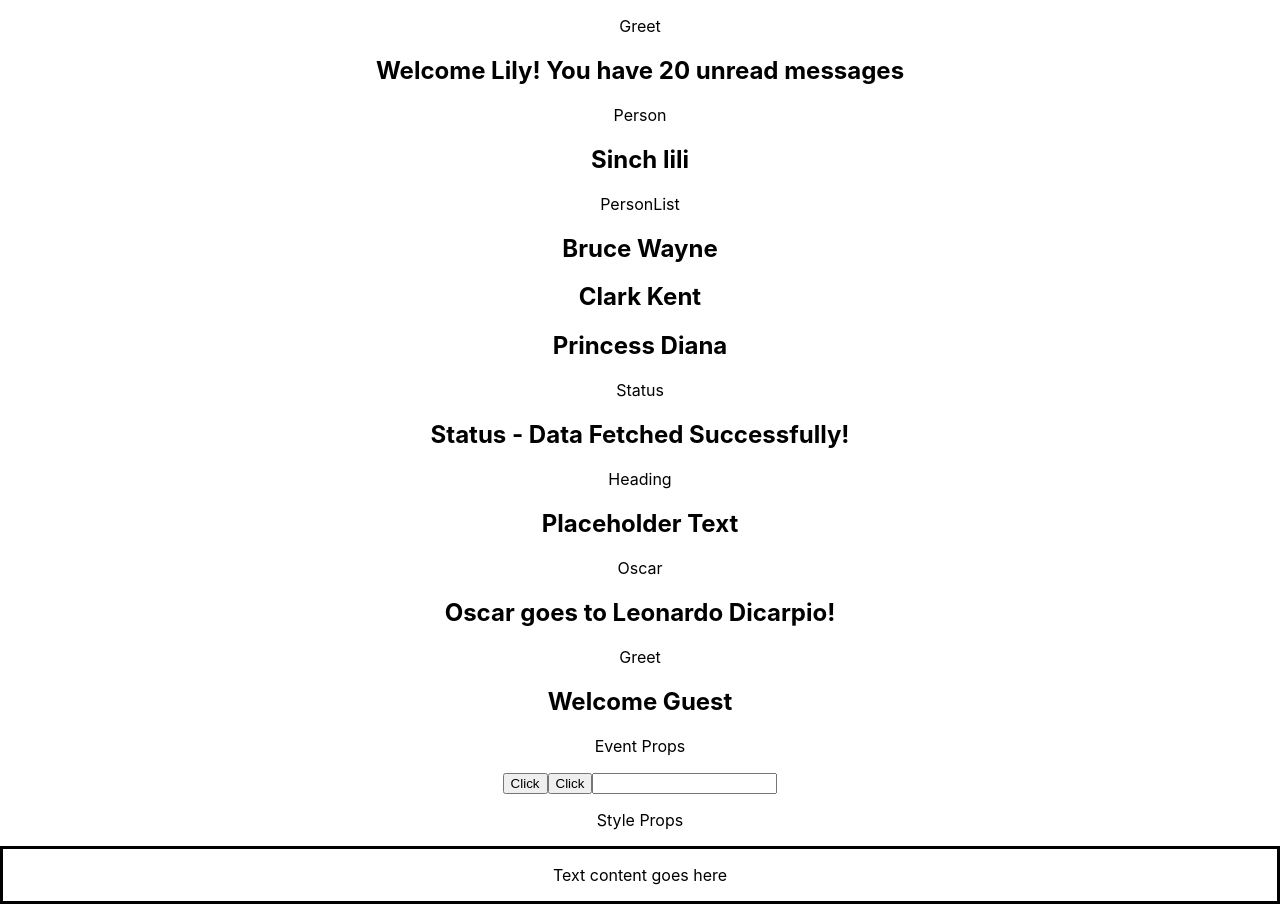
Repository: sinchana-P/react-typescript-demo
Page: /
An editor plug-in stored every save of this project. The page is shown before and after the next save, followed by the edit.
The browser window is 1280 px wide. The pictures show the whole page.
The project was rebuilt for these pictures with package versions that can differ from the ones it lists, and the page was loaded fresh each time.

Above is the page before, as saved 2023-12-03 13:52:07.

After the next save:
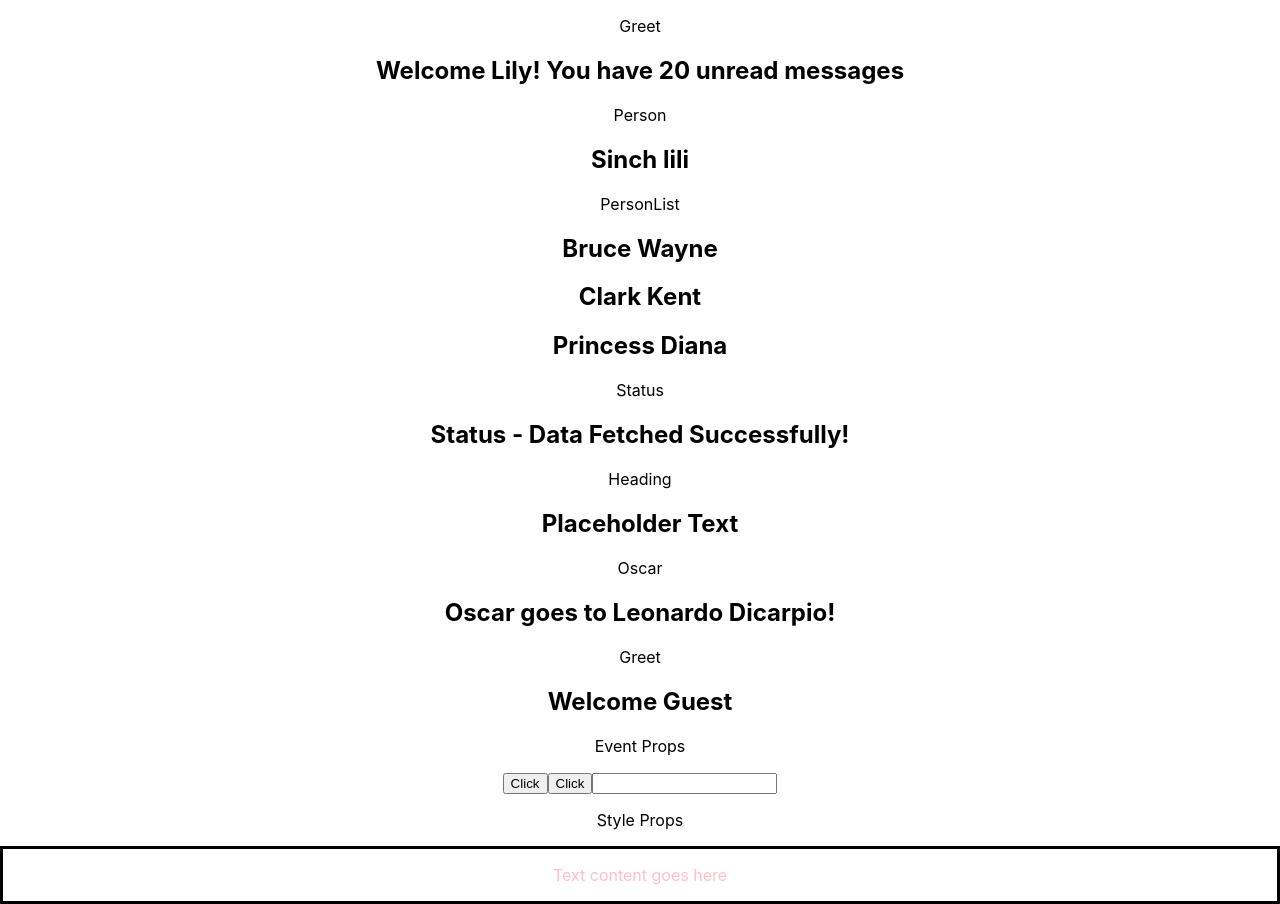
Saved 4 s later.
--- a/src/App.tsx
+++ b/src/App.tsx
@@ -70,7 +70,7 @@ function App() {
 
       {/* 7. Style Props  */}
       <p>Style Props</p>
-      <Container styles={{ border: '3px solid black', padding: '1rem', color: '' }} />
+      <Container styles={{ border: '3px solid black', padding: '1rem', color: 'pink' }} />
 
 
     </div>
